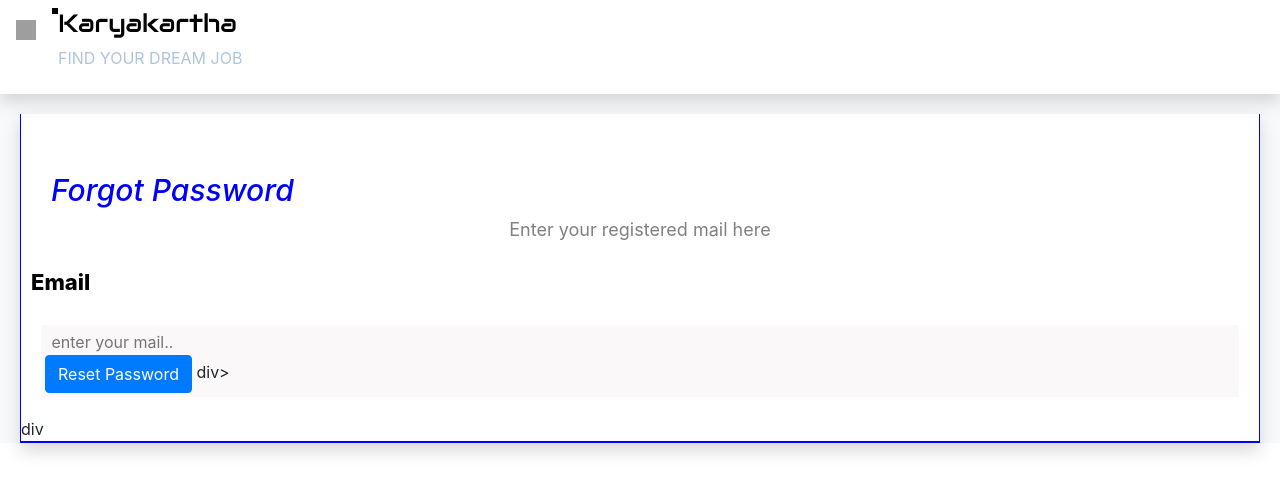
Repository: siri548/Karyakartha
Page: forgotPage.html
The author's editor kept a copy of each file at every save. The page is drawn from the files as they stood at one save, then again after a run of saves.
The browser window is 1280 px wide. The pictures show the whole page.
Pictures or frames that could not be fetched are drawn as grey boxes.

Above is the page before, as saved 2023-11-04 17:52:25.
Console error (its wording comes from the project's code and is left out).

After the next 3 saves:
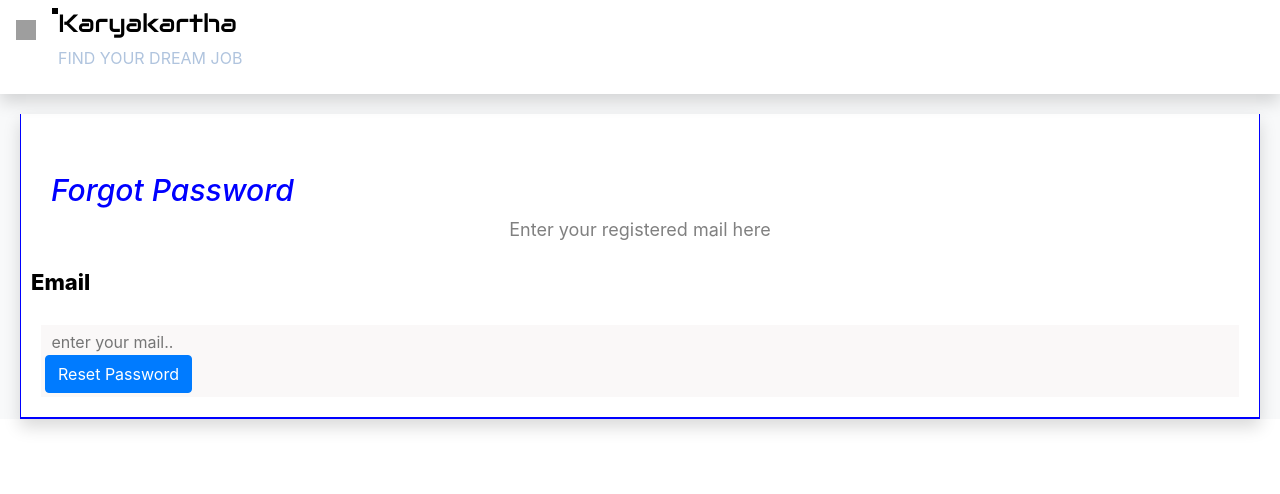
The 3 saves are shown as one change because they came seconds apart.
The last was saved 13 s later.
--- a/forgotPage.html
+++ b/forgotPage.html
@@ -66,9 +66,9 @@
                 </div>
 
                 <button class="btn btn-primary">Reset Password</button>
-                </class>div>
-            </div>div
-        </div>
+                <div>
+                </div>
+            </div>
 </body>
 
 </html>

After the save that followed:
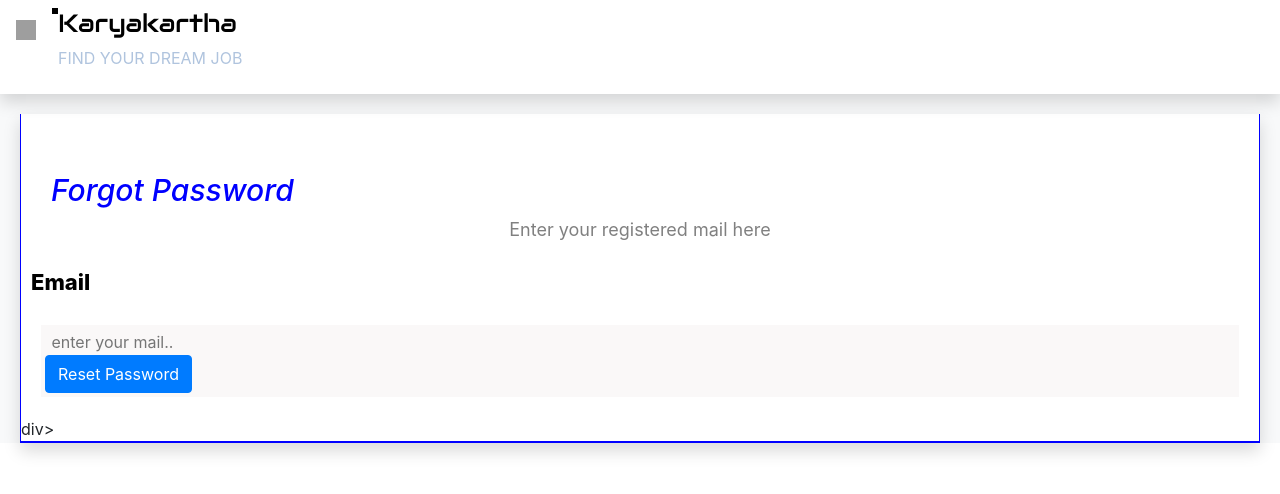
Saved 5 s later.
--- a/forgotPage.html
+++ b/forgotPage.html
@@ -66,9 +66,9 @@
                 </div>
 
                 <button class="btn btn-primary">Reset Password</button>
-                <div>
-                </div>
-            </div>
+            </div>div>
+        </div>
+    </div>
 </body>
 
 </html>
